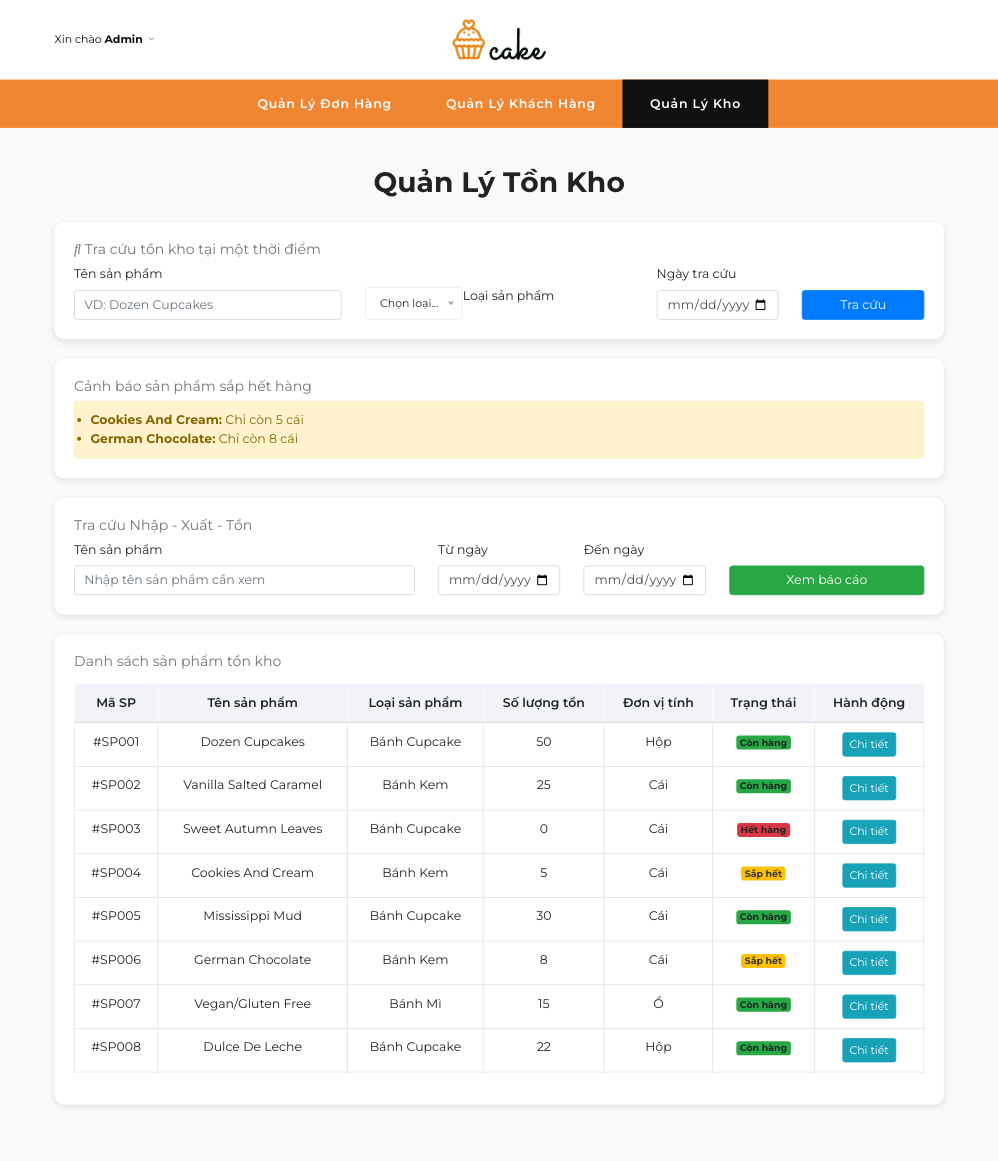
Repository: nhanto2n-byte/Nhom10ChieuThu3
Page: ProjectWeb/cake-main/admin_quantity.html
The author's editor kept a copy of each file at every save. The page is drawn from the files as they stood at one save, then again after the next save.
The browser window is 1280 px wide. The pictures show the whole page, at 78% of full size.
Backgrounds fixed to the window are drawn as part of the page.

Above is the page before, as saved 2025-10-28 20:37:15.

### ProjectWeb/cake-main/admin_quantity.html
<!DOCTYPE html>
<html lang="vi">

<head>
    <meta charset="UTF-8">
    <meta name="viewport" content="width=device-width, initial-scale=1.0">
    <title>Quản lý tồn kho</title>

    <!-- Google Fonts -->
  <link href="https://fonts.googleapis.com/css2?family=Playfair+Display:wght@400;500;600;700;800;900&display=swap" rel="stylesheet">
  <link href="https://fonts.googleapis.com/css2?family=Montserrat:wght@300;400;500;600;700;800;900&display=swap" rel="stylesheet">


    <link rel="stylesheet" href="css/bootstrap.min.css" type="text/css">
    <link rel="stylesheet" href="css/flaticon.css" type="text/css">
    <link rel="stylesheet" href="css/barfiller.css" type="text/css">
    <link rel="stylesheet" href="css/magnific-popup.css" type="text/css">
    <link rel="stylesheet" href="css/font-awesome.min.css" type="text/css">
    <link rel="stylesheet" href="css/elegant-icons.css" type="text/css">
    <link rel="stylesheet" href="css/nice-select.css" type="text/css">
    <link rel="stylesheet" href="css/owl.carousel.min.css" type="text/css">
    <link rel="stylesheet" href="css/slicknav.min.css" type="text/css">
    <link rel="stylesheet" href="css/style.css" type="text/css">

    <style>
        /* CSS cho menu dropdown trong header */
        .header__top__left ul li.has-dropdown {
            position: relative;
        }
        .header__top__left ul li .dropdown {
            display: none; position: absolute; top: 100%; left: 0; z-index: 100;
            background-color: #333; border: 1px solid #555; box-shadow: 0 4px 10px rgba(0, 0, 0, 0.2);
            min-width: 200px; padding: 5px 0; list-style: none;
        }
        .header__top__left ul li.has-dropdown:hover > .dropdown {
            display: block;
        }
        .header__top__left ul li .dropdown li a {
            display: block; padding: 10px 15px; text-decoration: none; color: white;
            font-size: 16px; white-space: nowrap;
        }
        .header__top__left ul li .dropdown li a:hover {
            background-color: #555; color: #ffcc00;
        }

        /* CSS chung cho trang */
        body {
            background-color: #f8f9fa;
            font-family: 'Montserrat', sans-serif;
        }
        h2 {
            font-weight: 700;
            margin-bottom: 30px;
            color: #222;
        }
        .card {
            border: none;
            border-radius: 12px;
            box-shadow: 0 3px 10px rgba(0, 0, 0, 0.1);
            margin-bottom: 25px;
            padding: 25px;
        }
        .table th {
            background-color: #f1f3f9;
            font-weight: 600;
        }
        .alert-warning {
            background-color: #fff3cd;
            border-color: #ffeeba;
        }
        </style>

</head>

<body>
    <!-- Page Preloder -->
    <div id="preloder">
        <div class="loader"></div>
    </div>

    <!-- Offcanvas Menu End -->

    <!-- Header Section Begin -->
    <header class="header">
        <div class="header__top">
            <div class="container">
                <div class="row">
                    <div class="col-lg-12">
                        <div class="header__top__inner">
                            <div class="header__top__left">
                                <ul>
                                    <li class="has-dropdown">
                                    <a href="./profile.html">
                                            Xin chào <strong>Admin</strong>
                                            <span class="arrow_carrot-down"></span>
                                    </a>
                                        <ul class="dropdown">
                                            <li><a href="./profile.html">My Profile</a></li>
                                            <li><a href="./register.html">Log out</a></li>
                                        </ul>
                                    </li>
                                </ul>
                            </div>
                            <div class="header__logo">
                                <a href="./#.html"><img src="img/logo.png" alt=""></a>
                            </div>
                        </div>
                    </div>
                </div>
                <div class="canvas__open"><i class="fa fa-bars"></i></div>
            </div>
        </div>
        <div class="container">
            <div class="row">
                <div class="col-lg-12">
                    <nav class="header__menu mobile-menu">
                        <ul>
                            <li><a href="./admin_product.html">Quản Lý Đơn Hàng</a></li>
                            <li><a href="./admin_member.html">Quản Lý Khách Hàng</a></li>
                            <li class="active"><a href="#">Quản Lý Kho</a>
                                <ul class="dropdown">
                                    <li><a href="./admin_category.html">Quản Lý Danh Mục Sản Phẩm</a></li>
                                    <li><a href="./admin_import.html">Quản Lý Nhập Sản Phẩm</a></li>
                                    <li><a href="./admin_selling.html">Quản Lý Giá Bán</a></li>
                                    <li><a href="./admin_quantity.html">Quản Lý Số Lượng Tồn</a></li>
                                    <li><a href="./admin_type.html">Quản Lý Loại Sản Phẩm</a></li>
                                </ul>
                            </li>
                        </ul>
                    </nav>
                </div>
            </div>
        </div>
    </header>
    <!-- Header Section End -->
    <div class="container py-5">
        <h2 class="text-center">Quản Lý Tồn Kho</h2>

        <div class="row">
            <div class="col-lg-12">
                <div class="card">
                    <h5><i class="fa-solid fa-search"></i> Tra cứu tồn kho tại một thời điểm</h5>
                    <div class="row g-3 align-items-end mt-2">
                        <div class="col-md-4">
                            <label for="productName" class="form-label">Tên sản phẩm</label>
                            <input type="text" class="form-control" id="productName" placeholder="VD: Dozen Cupcakes">
                        </div>
                        <div class="col-md-4">
                            <label for="productCategory" class="form-label">Loại sản phẩm</label>
                            <select id="productCategory" class="form-select">
                                <option selected>Chọn loại...</option>
                                <option>Bánh Cupcake</option>
                                <option>Bánh Kem</option>
                                <option>Bánh Mì</option>
                            </select>
                        </div>
                        <div class="col-md-2">
                            <label for="lookupDate" class="form-label">Ngày tra cứu</label>
                            <input type="date" class="form-control" id="lookupDate">
                        </div>
                        <div class="col-md-2">
                            <button type="submit" class="btn btn-primary w-100">Tra cứu</button>
                        </div>
                    </div>
                </div>
            </div>

            <div class="col-lg-12">
                <div class="card">
                     <h5><i class="fa-solid fa-triangle-exclamation"></i> Cảnh báo sản phẩm sắp hết hàng</h5>
                     <div class="alert alert-warning mt-2 mb-0" role="alert">
                         <ul class="mb-0">
                             <li><strong>Cookies And Cream:</strong> Chỉ còn 5 cái</li>
                             <li><strong>German Chocolate:</strong> Chỉ còn 8 cái</li>
                         </ul>
                     </div>
                </div>
            </div>

            <div class="col-lg-12">
                 <div class="card">
                    <h5><i class="fa-solid fa-chart-line"></i> Tra cứu Nhập - Xuất - Tồn</h5>
                    <div class="row g-3 align-items-end mt-2">
                        <div class="col-md-5">
                            <label for="productLookup" class="form-label">Tên sản phẩm</label>
                            <input type="text" class="form-control" id="productLookup" placeholder="Nhập tên sản phẩm cần xem">
                        </div>
                        <div class="col-md-2">
                            <label for="startDate" class="form-label">Từ ngày</label>
                            <input type="date" class="form-control" id="startDate">
                        </div>
                        <div class="col-md-2">
                            <label for="endDate" class="form-label">Đến ngày</label>
                            <input type="date" class="form-control" id="endDate">
                        </div>
                         <div class="col-md-3">
                            <button type="submit" class="btn btn-success w-100">Xem báo cáo</button>
                        </div>
                    </div>
                </div>
            </div>
        </div>

        <div class="card bg-white">
            <h5><i class="fa-solid fa-boxes-stacked"></i> Danh sách sản phẩm tồn kho</h5>
            <div class="table-responsive mt-3">
                <table class="table table-bordered text-center align-middle">
                    <thead class="table-light">
                        <tr>
                            <th>Mã SP</th>
                            <th>Tên sản phẩm</th>
                            <th>Loại sản phẩm</th>
                            <th>Số lượng tồn</th>
                            <th>Đơn vị tính</th>
                            <th>Trạng thái</th>
                            <th>Hành động</th>
                        </tr>
                    </thead>
                    <tbody>
                        <tr><td>#SP001</td><td>Dozen Cupcakes</td><td>Bánh Cupcake</td><td>50</td><td>Hộp</td><td><span class="badge bg-success">Còn hàng</span></td><td><a href="#" class="btn btn-info btn-sm">Chi tiết</a></td></tr>
                        <tr><td>#SP002</td><td>Vanilla Salted Caramel</td><td>Bánh Kem</td><td>25</td><td>Cái</td><td><span class="badge bg-success">Còn hàng</span></td><td><a href="#" class="btn btn-info btn-sm">Chi tiết</a></td></tr>
                        <tr><td>#SP003</td><td>Sweet Autumn Leaves</td><td>Bánh Cupcake</td><td>0</td><td>Cái</td><td><span class="badge bg-danger">Hết hàng</span></td><td><a href="#" class="btn btn-info btn-sm">Chi tiết</a></td></tr>
                        <tr><td>#SP004</td><td>Cookies And Cream</td><td>Bánh Kem</td><td>5</td><td>Cái</td><td><span class="badge bg-warning text-dark">Sắp hết</span></td><td><a href="#" class="btn btn-info btn-sm">Chi tiết</a></td></tr>
                        <tr><td>#SP005</td><td>Mississippi Mud</td><td>Bánh Cupcake</td><td>30</td><td>Cái</td><td><span class="badge bg-success">Còn hàng</span></td><td><a href="#" class="btn btn-info btn-sm">Chi tiết</a></td></tr>
                        <tr><td>#SP006</td><td>German Chocolate</td><td>Bánh Kem</td><td>8</td><td>Cái</td><td><span class="badge bg-warning text-dark">Sắp hết</span></td><td><a href="#" class="btn btn-info btn-sm">Chi tiết</a></td></tr>
                        <tr><td>#SP007</td><td>Vegan/Gluten Free</td><td>Bánh Mì</td><td>15</td><td>Ổ</td><td><span class="badge bg-success">Còn hàng</span></td><td><a href="#" class="btn btn-info btn-sm">Chi tiết</a></td></tr>
                        <tr><td>#SP008</td><td>Dulce De Leche</td><td>Bánh Cupcake</td><td>22</td><td>Hộp</td><td><span class="badge bg-success">Còn hàng</span></td><td><a href="#" class="btn btn-info btn-sm">Chi tiết</a></td></tr>
                    </tbody>
                </table>
            </div>
        </div>
    </div>

    <script src="js/jquery-3.3.1.min.js"></script>
    <script src="js/bootstrap.min.js"></script>
    <script src="js/jquery.nice-select.min.js"></script>
    <script src="js/jquery.barfiller.js"></script>
    <script src="js/jquery.magnific-popup.min.js"></script>
    <script src="js/jquery.slicknav.js"></script>
    <script src="js/owl.carousel.min.js"></script>
    <script src="js/jquery.nicescroll.min.js"></script>
    <script src="js/main.js"></script>
</body>
</html>

### ProjectWeb/cake-main/css/barfiller.css
.barfiller {
    width:100%;
    height:12px;
    background:#fcfcfc;
    border:1px solid #ccc;
    position:relative;
    margin-bottom:20px;
    box-shadow: inset 1px 4px 9px -6px rgba(0,0,0,.5);
    -moz-box-shadow: inset 1px 4px 9px -6px rgba(0,0,0,.5);
}

.barfiller .fill {
    display:block;
    position:relative;
    width:0px;
    height:100%;
    background:#333;
    z-index:1;
}

.barfiller .tipWrap {
    display:none;
}

.barfiller .tip {
    margin-top:-30px;
    padding:2px 4px;
    font-size:11px;
    color:#fff;
    left:0px;
    position:absolute;
    z-index:2;
    background: #333;
}

.barfiller .tip:after {
    border:solid;
    border-color:rgba(0,0,0,.8) transparent;
    border-width:6px 6px 0 6px;
    content:"";
    display:block;
    position:absolute;
    left:9px;
    top:100%;
    z-index:9
}

Loaded but not shown: ProjectWeb/cake-main/css/bootstrap.min.css (library); ProjectWeb/cake-main/css/flaticon.css (common file); ProjectWeb/cake-main/css/magnific-popup.css (library); ProjectWeb/cake-main/css/font-awesome.min.css (library); ProjectWeb/cake-main/css/nice-select.css (common file); ProjectWeb/cake-main/css/owl.carousel.min.css (library); ProjectWeb/cake-main/css/slicknav.min.css (common file); ProjectWeb/cake-main/js/jquery-3.3.1.min.js (library); ProjectWeb/cake-main/js/bootstrap.min.js (library); ProjectWeb/cake-main/js/jquery.nice-select.min.js (common file); ProjectWeb/cake-main/js/jquery.barfiller.js (library); ProjectWeb/cake-main/js/jquery.magnific-popup.min.js (library); ProjectWeb/cake-main/js/jquery.slicknav.js (library); ProjectWeb/cake-main/js/owl.carousel.min.js (library); ProjectWeb/cake-main/js/jquery.nicescroll.min.js (library); ProjectWeb/cake-main/js/main.js (235 lines, source omitted); ProjectWeb/cake-main/css/style.css (4080 lines, source omitted); ProjectWeb/cake-main/css/elegant-icons.css (1157 lines, source omitted)

After the next save:
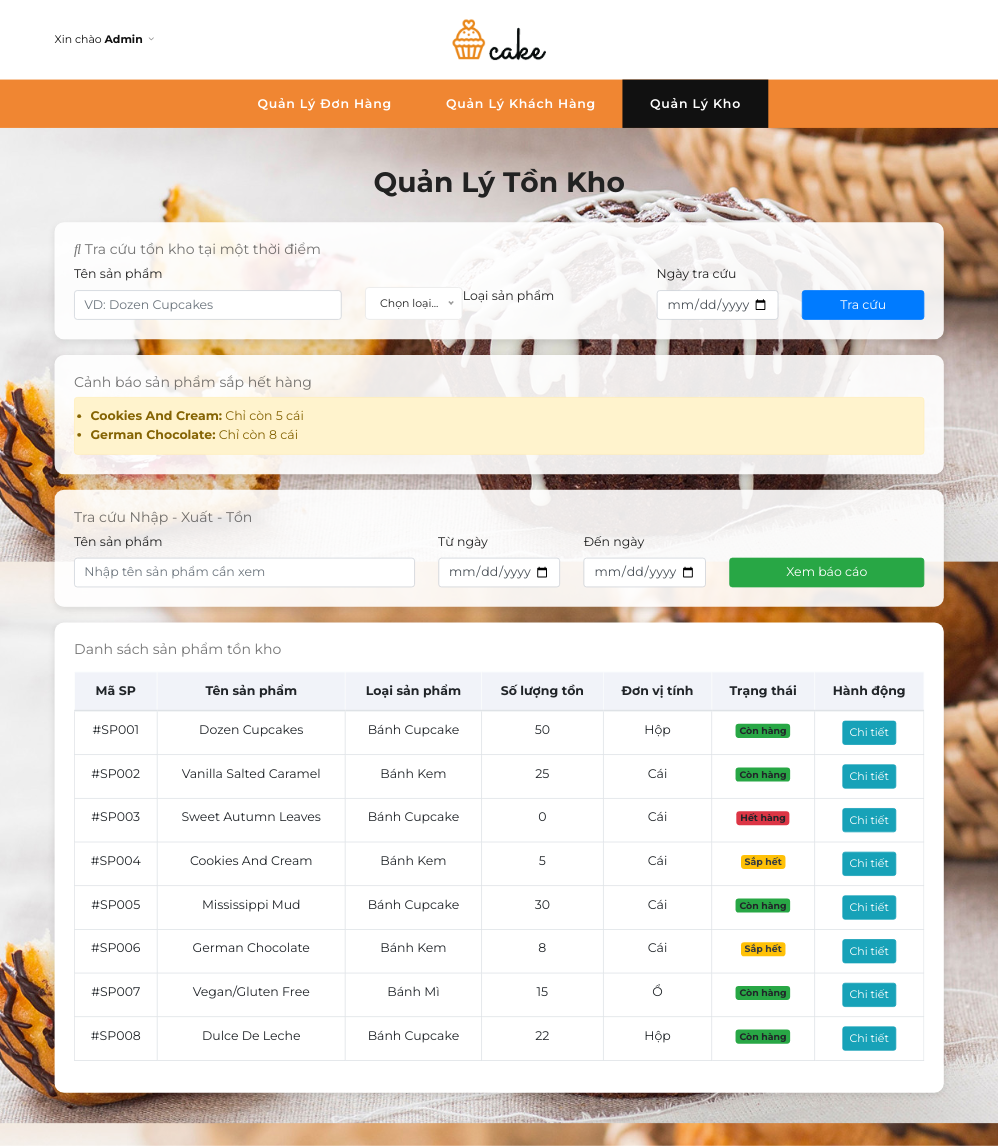
Saved 66 s later.
--- a/ProjectWeb/cake-main/admin_quantity.html
+++ b/ProjectWeb/cake-main/admin_quantity.html
@@ -23,51 +23,80 @@
     <link rel="stylesheet" href="css/style.css" type="text/css">
 
     <style>
-        /* CSS cho menu dropdown trong header */
-        .header__top__left ul li.has-dropdown {
-            position: relative;
-        }
-        .header__top__left ul li .dropdown {
-            display: none; position: absolute; top: 100%; left: 0; z-index: 100;
-            background-color: #333; border: 1px solid #555; box-shadow: 0 4px 10px rgba(0, 0, 0, 0.2);
-            min-width: 200px; padding: 5px 0; list-style: none;
-        }
-        .header__top__left ul li.has-dropdown:hover > .dropdown {
-            display: block;
-        }
-        .header__top__left ul li .dropdown li a {
-            display: block; padding: 10px 15px; text-decoration: none; color: white;
-            font-size: 16px; white-space: nowrap;
-        }
-        .header__top__left ul li .dropdown li a:hover {
-            background-color: #555; color: #ffcc00;
-        }
-
-        /* CSS chung cho trang */
-        body {
-            background-color: #f8f9fa;
-            font-family: 'Montserrat', sans-serif;
-        }
-        h2 {
-            font-weight: 700;
-            margin-bottom: 30px;
-            color: #222;
-        }
-        .card {
-            border: none;
-            border-radius: 12px;
-            box-shadow: 0 3px 10px rgba(0, 0, 0, 0.1);
-            margin-bottom: 25px;
-            padding: 25px;
-        }
-        .table th {
-            background-color: #f1f3f9;
-            font-weight: 600;
-        }
-        .alert-warning {
-            background-color: #fff3cd;
-            border-color: #ffeeba;
-        }
+  body {
+    background: url('img/hero/hero-1.jpg') no-repeat center center fixed;
+    background-size: cover;
+    font-family: 'Montserrat', sans-serif;
+    color: #222;
+  }
+
+  h2 {
+    font-weight: 700;
+    margin-bottom: 30px;
+    color: #222;
+  }
+
+  .card {
+    border: none;
+    border-radius: 12px;
+    box-shadow: 0 3px 10px rgba(0, 0, 0, 0.1);
+    margin-bottom: 20px;
+    padding: 25px;
+    background-color: rgba(255, 255, 255, 0.9); /* 💡 nền trắng mờ để đọc rõ trên ảnh */
+  }
+
+  .table th {
+    background-color: #f1f3f9;
+  }
+
+  input[name="page"] {
+    display: none;
+  }
+
+  #page1Content,
+  #page2Content {
+    display: none;
+    animation: fade 0.4s ease;
+  }
+
+  #page1:checked~.book #page1Content {
+    display: block;
+  }
+
+  #page2:checked~.book #page2Content {
+    display: block;
+  }
+
+  .controls {
+    text-align: center;
+    margin-top: 15px;
+  }
+
+  .controls label {
+    display: inline-block;
+    background-color: #e9ecef;
+    border-radius: 20px;
+    padding: 6px 16px;
+    margin: 0 5px;
+    cursor: pointer;
+    transition: all 0.3s;
+    font-weight: 500;
+  }
+
+  #page1:checked~.controls label[for="page1"],
+  #page2:checked~.controls label[for="page2"] {
+    background-color: #0d6efd;
+    color: white;
+  }
+
+  @keyframes fade {
+    from { opacity: 0; }
+    to { opacity: 1; }
+  }
+
+  .btn-add {
+    margin-bottom: 20px;
+  }
         </style>
 
 </head>
